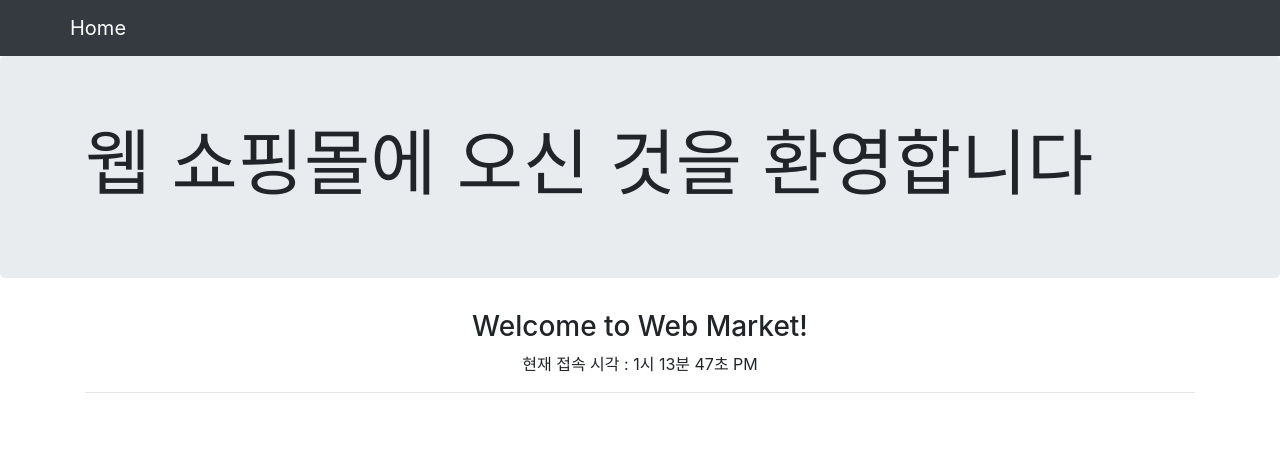
Repository: CheolHo-0428/JSP-Web-Programming
Page: http://localhost/WebMarket/welcome.jsp
These files come from the project's save history. The page is drawn as it stood at one moment and after the next save; the edit follows.
The browser window is 1280 px wide. The pictures show the whole page.
The page is served by Tomcat 9.

Above is the page before, as saved 2021-05-08 07:02:51.

After the next save:
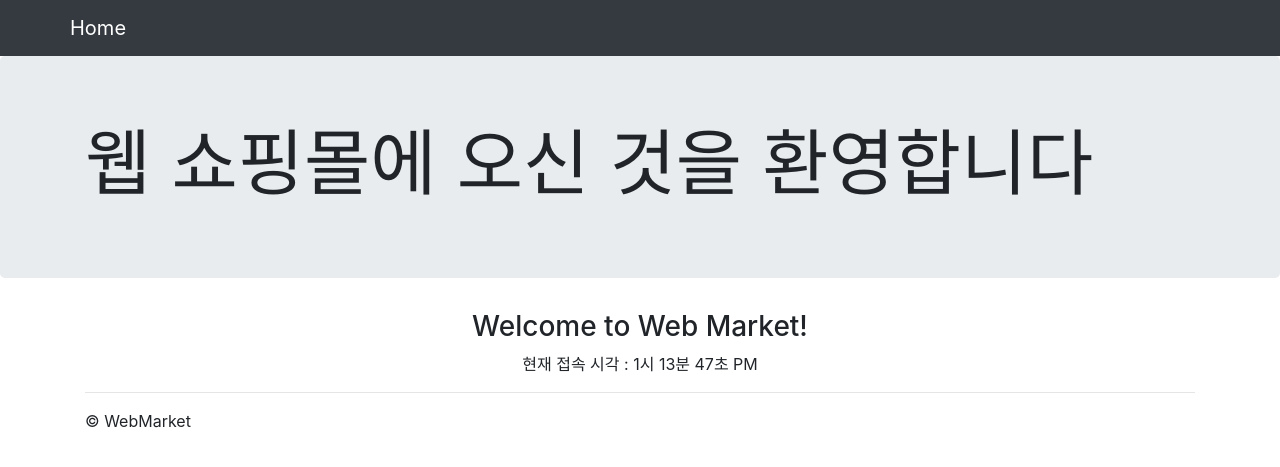
Saved 9 s later.
--- a/WebMarket/src/main/webapp/welcome.jsp
+++ b/WebMarket/src/main/webapp/welcome.jsp
@@ -48,7 +48,6 @@
 		</div>
 		<hr>
 	</div>
-
-
+	<%@ include file="footer.jsp" %>
 </body>
 </html>
